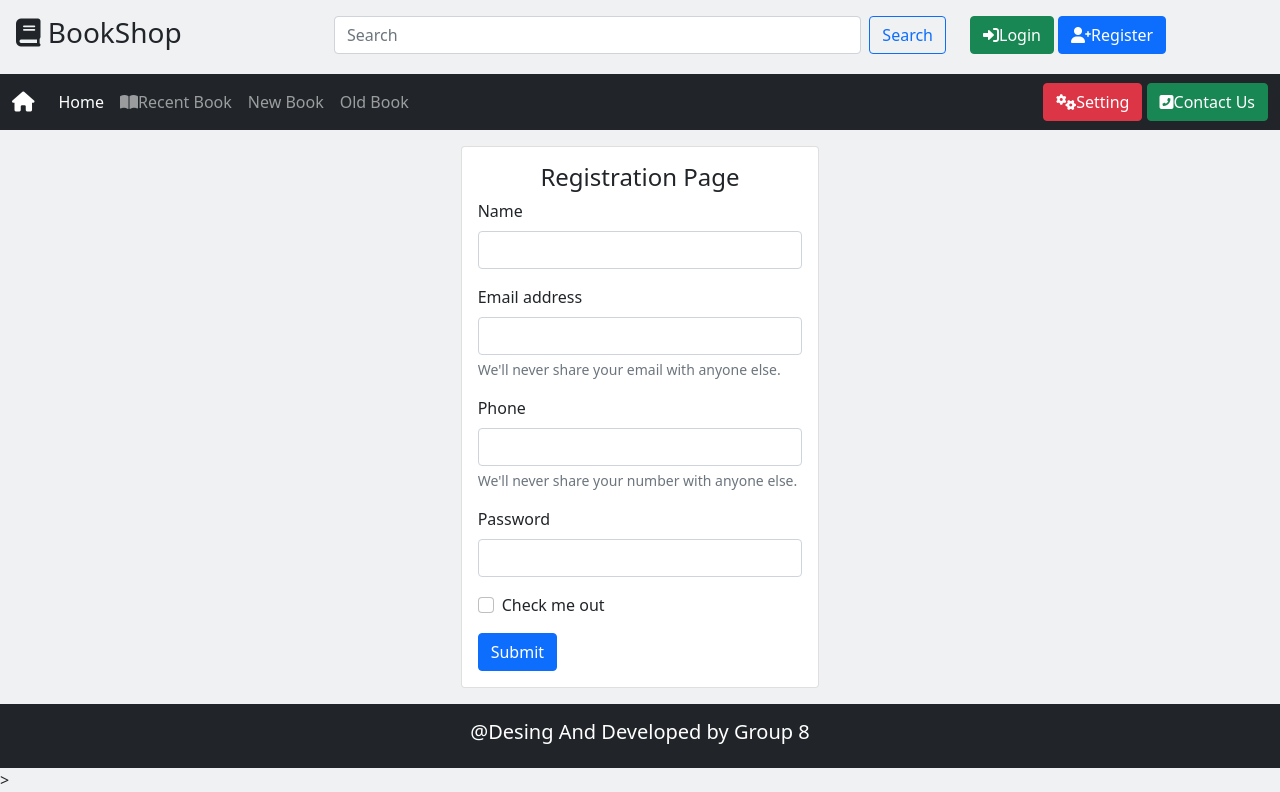
Repository: Abhishekverma23797/BookShopApp
Page: http://localhost/Ebook-App/Register.jsp
An editor plug-in stored every save of this project. The page is shown before and after the next save, followed by the edit.
The browser window is 1280 px wide. The pictures show the whole page.
The page is served by Tomcat 9.

Above is the page before, as saved 2021-12-07 12:33:26.

After the next save:
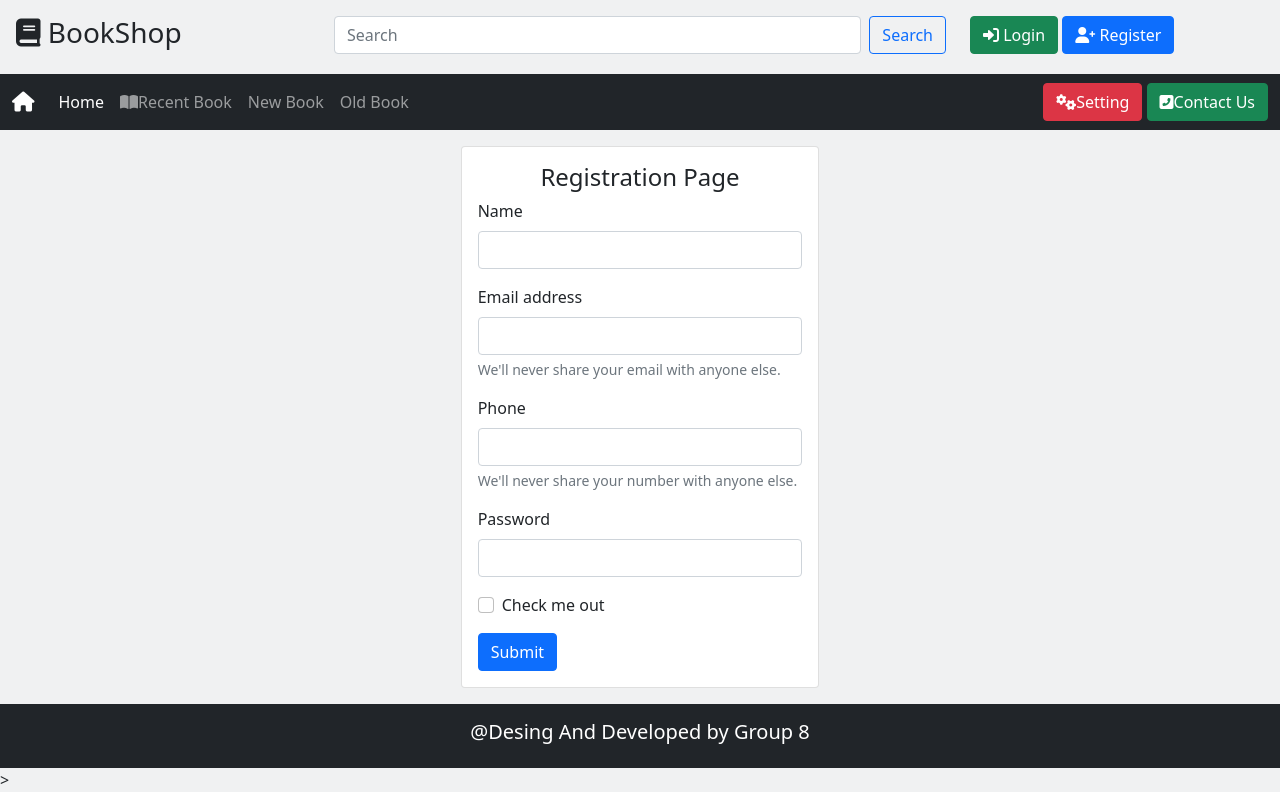
Saved 15 s later.
--- a/Ebook-App/src/main/webapp/All_Component/navbar.jsp
+++ b/Ebook-App/src/main/webapp/All_Component/navbar.jsp
@@ -22,8 +22,8 @@
 
 		<div class="col-md-3">
 
-			<a href="Login.jsp" class="btn btn-success pl-1"><i class="fas fa-sign-in-alt"></i>Login</a> <a
-				href="Register.jsp" class="btn btn-primary"><i class="fas fa-user-plus"></i>Register</a>
+			<a href="Login.jsp" class="btn btn-success "><i class="fas fa-sign-in-alt"></i>  Login</a> <a
+				href="Register.jsp" class="btn btn-primary"><i class="fas fa-user-plus"></i>  Register</a>
 
 		</div>
 
